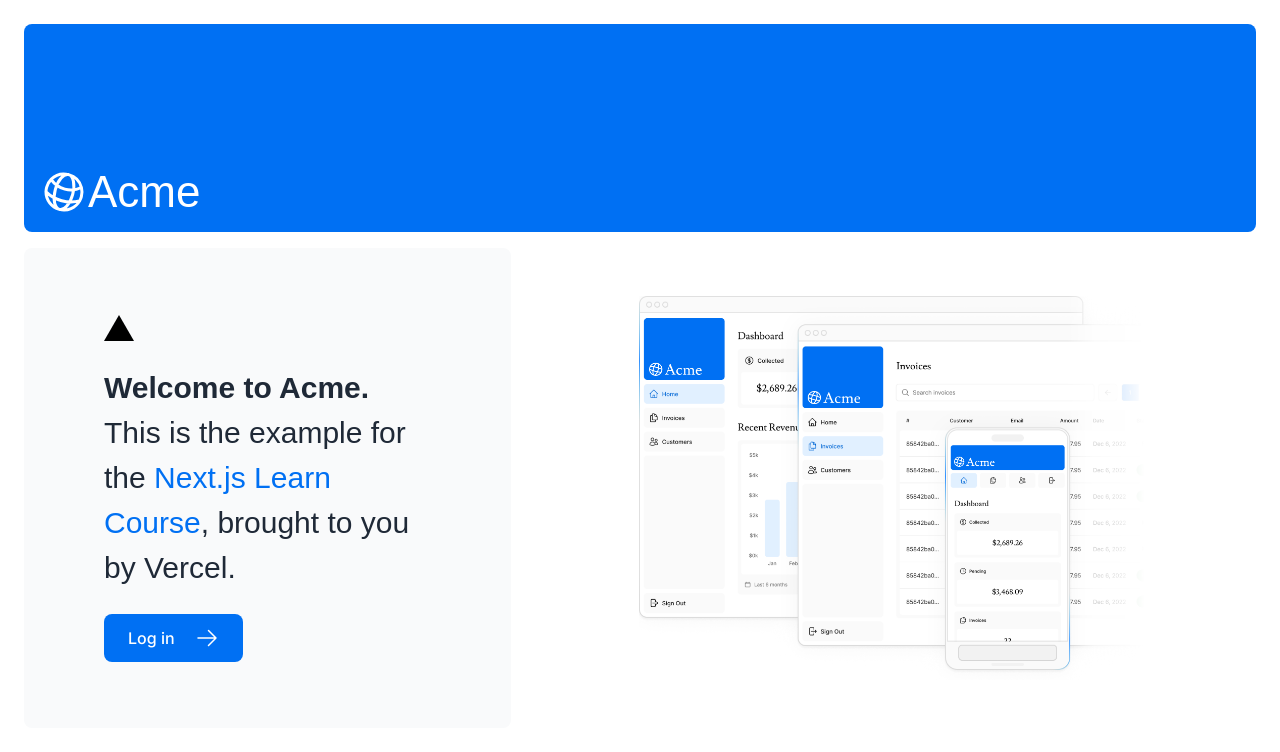
Repository: rlhardrock/NextJS
Page: /
The author's editor kept a copy of each file at every save. The page is drawn from the files as they stood at one save, then again after a run of saves.
The browser window is 1280 px wide. The pictures show the whole page.
Some web fonts or font styles are not loaded; a fallback is used. The project was rebuilt for these pictures with package versions that can differ from the ones it lists, and the page was loaded fresh each time. The framework's server and built-in components were replaced by stand-ins that run in the browser. Also part of the build but not shown: next.config.ts.

Above is the page before, as saved 2024-12-15 20:45:56.

After the next 2 saves:
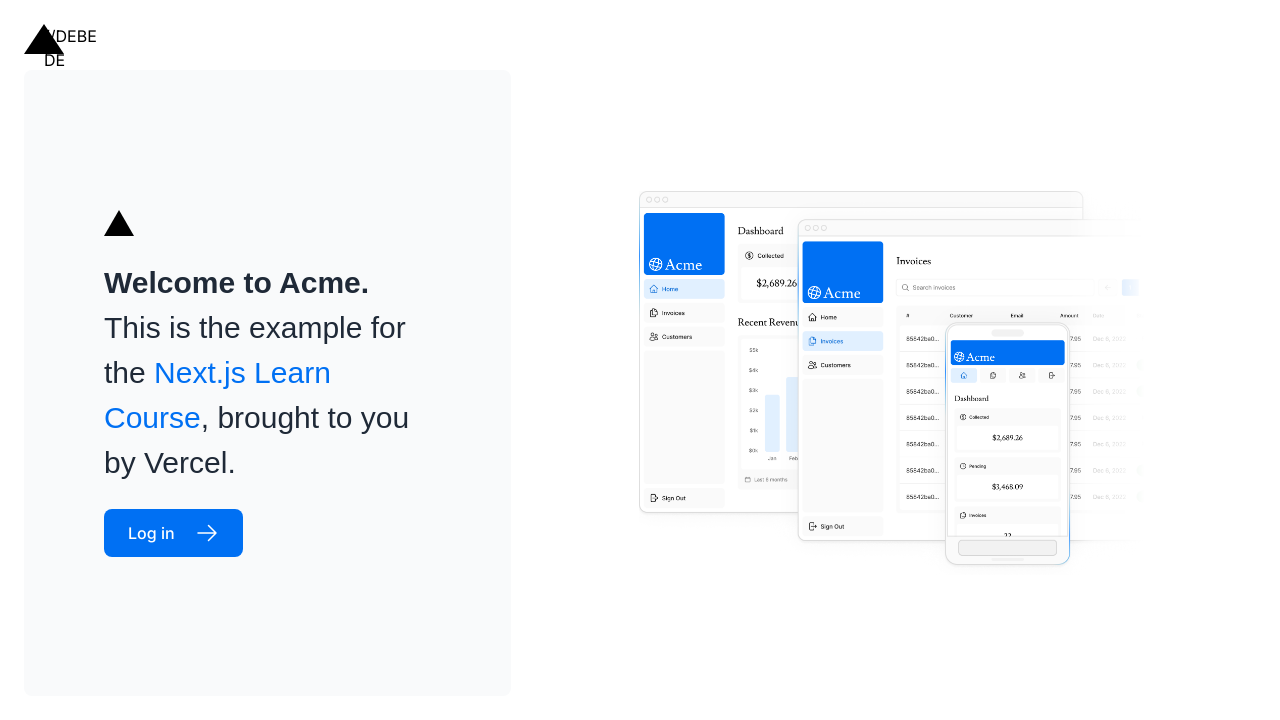
The 2 saves are shown as one change because they came seconds apart.
The last was saved 36 s later.
--- a/app/page.tsx
+++ b/app/page.tsx
@@ -9,8 +9,8 @@
 export default function Page() {
   return (
     <main className="flex min-h-screen flex-col p-6">
-      {/* <div className={styles.shape}> //DEBE DE FUNCIONAR Y NO */}
-      <div className="flex h-20 shrink-0 items-end rounded-lg bg-blue-500 p-4 md:h-52">
+      <div className={styles.shape}> //DEBE DE FUNCIONAR Y NO
+      {/* <div className="flex h-20 shrink-0 items-end rounded-lg bg-blue-500 p-4 md:h-52"> */}
         {<AcmeLogo />}
       </div>
       <div className="mt-4 flex grow flex-col gap-4 md:flex-row">
